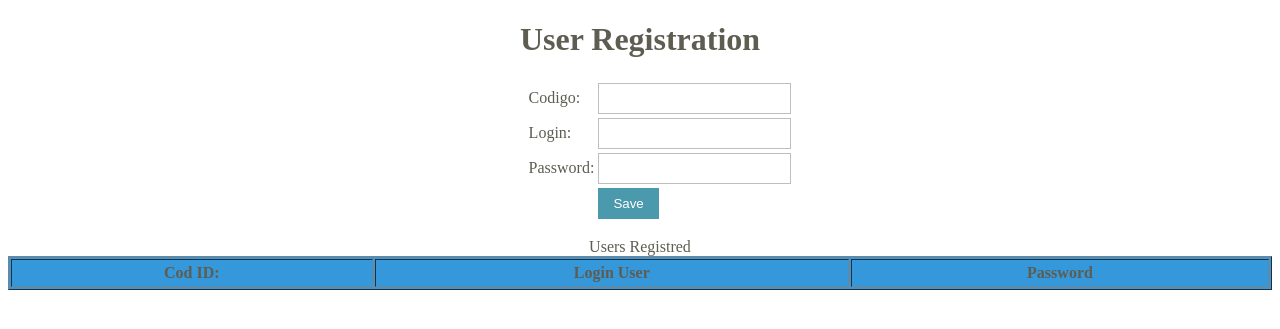
Repository: ViniciusBeletella/project-jsp
Page: http://localhost/project-jsp/userRegistration.jsp
The author's editor kept a copy of each file at every save. The page is drawn from the files as they stood at one save, then again after the next save.
The browser window is 1280 px wide. The pictures show the whole page.
The page is served by Tomcat 9. Other server files are loaded and not shown.

Above is the page before, as saved 2019-12-20 23:47:39.

### project-jsp/WebContent/userRegistration.jsp
<%@ page language="java" contentType="text/html; charset=UTF-8"
	pageEncoding="UTF-8"%>
<%@ taglib uri="http://java.sun.com/jsp/jstl/core" prefix="c"%>
<!DOCTYPE html>
<html>
<head>
<meta charset="UTF-8">
<title>User Registration</title>
<link rel="stylesheet" href="resources/css/registration.css">
</head>
<body>

	<center>
		<h1>User Registration</h1>
	</center>
	</tr>
	<tr></tr>
	<tr>
		<center>
			<form action="saveUser" method="post">
				<ul class="form-style-1">
					<li>
						<table>
							<tr>
								<td>Codigo:</td>
								<td><input type="text" readonly="readonly" id="id"
									name="id" value="${user.id}"></td>
							</tr>
							<tr>
								<td>Login:</td>
								<td><input type="text" id="login" name="login"
									value="${user.login}"></td>
							</tr>

							<tr>
								<td>Password:</td>
								<td><input type="password" id="password" name="password"
									value="${user.password}"></td>
							</tr>
							<tr>
								<td></td>
								<td><input type="submit" value="Save"></td>
							</tr>
						</table>
					</li>
				</ul>
			</form>
		</center>

		<table border="1" width="100%" height="100%" cellpadding="4"bgcolor="#3498DB">
				<caption>Users Registred</caption>
				<tr>
				<th>Cod ID:</th>
				<th>Login User</th>
				<th>Password</th>
			</tr>
			<c:forEach items="${users}" var="userL">
				<tr>
					<td style="width: 150px"><c:out value="${userL.id}"></c:out></td>
					<td style="width: 150px"><c:out value="${userL.login}"></c:out></td>
					<td style="width: 150px"><c:out value="${userL.password}"></c:out></td>
					<td><c:out value="${user.password}"></c:out></td>
					<td><a href="saveUser?acao=delete&user=${userL.login}">Delete</a>
					</td>
					<td><a href="saveUser?acao=edit&user=${userL.login}">Edit</a></td>

				</tr>

			</c:forEach>
		</table>

</body>
</html>

### project-jsp/WebContent/resources/css/registration.css

<style type="text/css">
.form-style-1 {
	margin:10px auto;
	max-width: 400px;
	text-align:center;
	padding: 20px 12px 10px 20px;
	font: 13px "Lucida Sans Unicode", "Lucida Grande", sans-serif;
}
.form-style-1 li {
	padding: 0;
	display: block;
	list-style: none;
	margin: 10px 0 0 0;
}
.form-style-1 label{
	margin:0 0 3px 0;
	padding:0px;
	text-align:center;
	display:block;
	font-weight: bold;
}
.form-style-1 input[type=text],
.form-style-1 input[type=password],
.form-style-1 input[type=date],
.form-style-1 input[type=datetime],
.form-style-1 input[type=number],
.form-style-1 input[type=search],
.form-style-1 input[type=time],
.form-style-1 input[type=url],
.form-style-1 input[type=email],
textarea,
select{
	box-sizing: border-box;
	-webkit-box-sizing: border-box;
	-moz-box-sizing: border-box;
	border:1px solid #BEBEBE;
	padding: 7px;
	margin:0px;
	-webkit-transition: all 0.30s ease-in-out;
	-moz-transition: all 0.30s ease-in-out;
	-ms-transition: all 0.30s ease-in-out;
	-o-transition: all 0.30s ease-in-out;
	outline: none;
}
.form-style-1 input[type=text]:focus,
.form-style-1 input[type=password]:focus,
.form-style-1 input[type=date]:focus,
.form-style-1 input[type=datetime]:focus,
.form-style-1 input[type=number]:focus,
.form-style-1 input[type=search]:focus,
.form-style-1 input[type=time]:focus,
.form-style-1 input[type=url]:focus,
.form-style-1 input[type=email]:focus,
.form-style-1 textarea:focus,
.form-style-1 select:focus{
	-moz-box-shadow: 0 0 8px #88D5E9;
	-webkit-box-shadow: 0 0 8px #88D5E9;
	box-shadow: 0 0 8px #88D5E9;
	border: 1px solid #88D5E9;
}
.form-style-1 .field-divided{
	width: 49%;
}

.form-style-1 .field-long{
	width: 100%;
}
.form-style-1 .field-select{
	width: 100%;
}
.form-style-1 .field-textarea{
	height: 100px;
}
.form-style-1 input[type=submit], .form-style-1 input[type=button]{
	background: #4B99AD;
	padding: 8px 15px 8px 15px;
	border: none;
	color: #fff;
}
.form-style-1 input[type=submit]:hover, .form-style-1 input[type=button]:hover{
	background: #4691A4;
	box-shadow:none;
	-moz-box-shadow:none;
	-webkit-box-shadow:none;
}
.form-style-1 .required{
	color:red;
}
$bp-maggie: 15em;
$bp-lisa: 30em;
$bp-bart: 48em;
$bp-marge: 62em;
$bp-homer: 75em;


* {
 @include box-sizing(border-box);

 &:before,
 &:after {
   @include box-sizing(border-box);
 }
}

body {
  font-family: $helvetica;
  color: rgba(94,93,82,1);
}

a {
  color: rgba(51,122,168,1);

  &:hover,
  &:focus {
    color: rgba(75,138,178,1);
  }
}






.flat-table {
  display: block;
  font-family: sans-serif;
  margin-left: auto;
  margin-right: auto;
  -webkit-font-smoothing: antialiased;
  font-size: 115%;
  overflow: auto;
  width: auto;

  th {
    background-color: rgb(112, 196, 105);
    color: white;
    font-weight: normal;
    padding: 20px 30px;
    text-align: center;
  }
  td {
    background-color: rgb(238, 238, 238);
    color: rgb(111, 111, 111);
    padding: 20px 30px;

  }
}
}

After the next save:
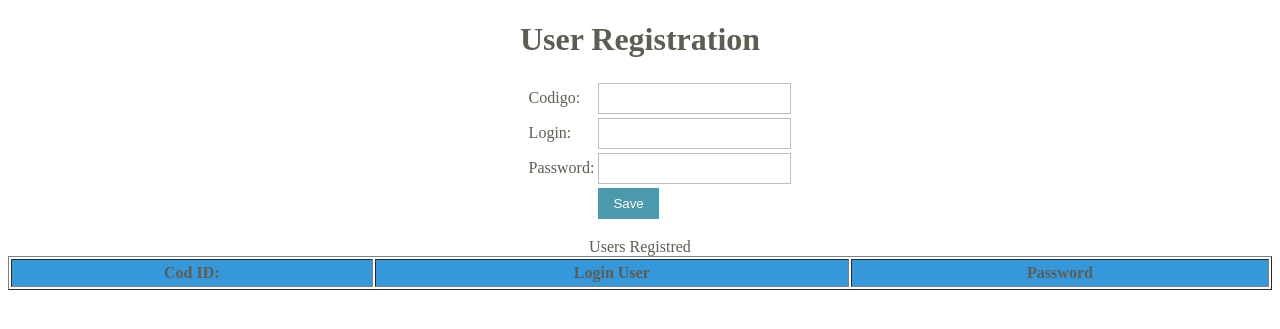
Saved 37 s later.
--- a/project-jsp/WebContent/userRegistration.jsp
+++ b/project-jsp/WebContent/userRegistration.jsp
@@ -47,9 +47,9 @@
 			</form>
 		</center>
 
-		<table border="1" width="100%" height="100%" cellpadding="4"bgcolor="#3498DB">
+		<table border="1" width="100%" height="100%" cellpadding="4">
 				<caption>Users Registred</caption>
-				<tr>
+				<tr bgcolor="#3498DB">
 				<th>Cod ID:</th>
 				<th>Login User</th>
 				<th>Password</th>
